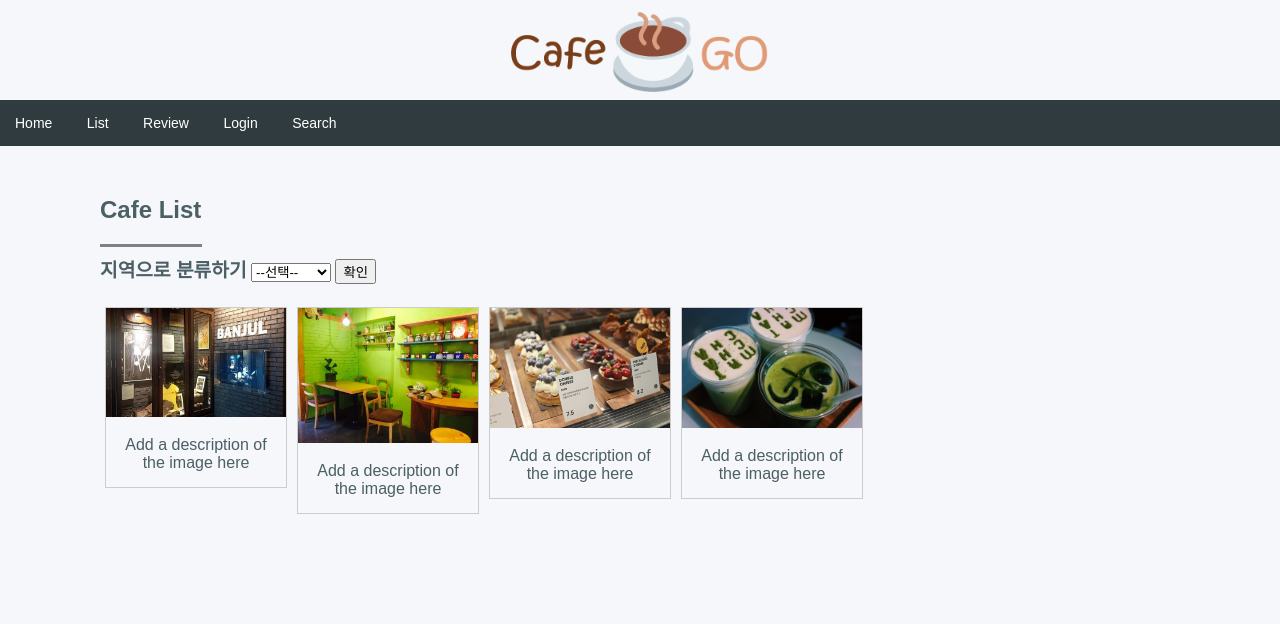
Repository: JuYeong0413/Web-Programming
Page: http://localhost/CafeGo/list.jsp
The author's editor kept a copy of each file at every save. The page is drawn from the files as they stood at one save, then again after the next save.
The browser window is 1280 px wide. The pictures show the whole page.
The page is served by Tomcat 9. Other server files are loaded and not shown.

Above is the page before, as saved 2018-12-23 05:20:48.

### Project/CafeGo/WebContent/list.jsp
<%@ page language="java" contentType="text/html; charset=utf-8"
	pageEncoding="utf-8"%>
<%@ include file="nav.jsp"%>
<!DOCTYPE html>
<html>
<head>
<meta charset="utf-8">
<title>Insert title here</title>
<link rel="stylesheet" href="list.css" />
<head>
</head>
<body>
	<div style="margin: 50px 0 0 100px">
		<h2>Cafe List</h2>
		<hr noshade align="left" width="100" size="3">
		<form action="" method="post">
		<big><b>지역으로 분류하기</b></big>
		<select name="category" style="width: 80px">
			<option value="0">--선택--</option>
			<option value="종로구">종로구</option>
			<option value="중구">중구</option>
        	<option value="용산구">용산구</option>
        	<option value="성동구">성동구</option>
        	<option value="광진구">광진구</option>
        	<option value="동대문구">동대문구</option>
			<option value="중랑구">중랑구</option>
        	<option value="성북구">성북구</option>
        	<option value="강북구">강북구</option>
        	<option value="도봉구">도봉구</option>
        	<option value="노원구">노원구</option>
			<option value="은평구">은평구</option>
        	<option value="서대문구">서대문구</option>
        	<option value="마포구">마포구</option>
        	<option value="양천구">양천구</option>
        	<option value="강서구">강서구</option>
			<option value="구로구">구로구</option>
        	<option value="금천구">금천구</option>
        	<option value="영등포구">영등포구</option>
        	<option value="동작구">동작구</option>
        	<option value="관악구">관악구</option>
			<option value="서초구">서초구</option>
        	<option value="강남구">강남구</option>
        	<option value="송파구">송파구</option>
        	<option value="강동구">강동구</option>
      	</select>
      	<input type="submit" value="확인">
      	</form>
      	<br>
			<center>
			<div class="gallery">
				<img src="image/반쥴.jpg" alt="banjul" width="800" height="600">
				<div class="desc">Add a description of the image here</div>
			</div>

			<div class="gallery">
				<img src="image/에빈의커피이야기.jpg" alt="Forest" width="800" height="600">
				<div class="desc">Add a description of the image here</div>
			</div>

			<div class="gallery">
				<img src="image/앤드커피랩.jpg" alt="Northern Lights" width="800"
					height="600">
				<div class="desc">Add a description of the image here</div>
			</div>

			<div class="gallery">
				<img src="image/맛차차.jpg" alt="Mountains" width="600" height="400">
				<div class="desc">Add a description of the image here</div>
			</div>
		</center>
	</div>
</body>
</html>

### Project/CafeGo/WebContent/nav.jsp
<%@ page language="java" contentType="text/html; charset=utf-8" pageEncoding="utf-8"%>
<!DOCTYPE html>
<html lang="ko">
<head>
<meta charset="utf-8">
<title>Insert title here</title>
<link rel="stylesheet" href="reponsiveNavigation.css" />
</head>
<body>
<div>
<center>
<a href="main.jsp"><img src = "image/logo.png" width="264px" height="88px" align="center"></a>
</center>
</div>
<div class="nav_wrapper">
  <nav class="menu">
    <ul>
      <li><a href="main.jsp">Home</a>
        <ul>
          <li><a href="main.jsp">홈페이지 소개</a></li>
          <li><a href="main.jsp">오늘의 카페 추천</a></li>
          </li>
        </ul>
      </li>
      <li><a href="list.jsp">List</a>
        <ul>
          <li><a href="list.jsp">카페 목록</a></li>
          <li><a href="#Link">카페 분류 »</a>
          <ul>
              <li><a href="#Link">별점</a></li>
              <li><a href="#link">지역</a></li>
              <li><a href="#Link">테마</a></li>
            </ul>
          </li>
        </ul>
      </li>
      <li><a href="review.jsp">Review</a>
        <ul>
          <li><a href="review.jsp">방문 후기 목록</a></li>
          <li><a href="#Link">방문 후기 작성</a></li>
          <li><a href="#Link">방문 후기 수정</a></li>
          <li><a href="#Link">방문 후기 삭제</a></li>
          </ul>
      </li>
  		<%
  		String log = (String)session.getAttribute("login");

  		if(log!=null&&log.equals("yes")){
  		// 로그인 상태인 경우 보여지는 메뉴
      %>
      <li><a href="myPage.jsp">MyPage</a>
        <ul>
          <li><a href="myPage.jsp">MyPage</a></li>
          <li><a href="logout.jsp">로그아웃</a></li>
        </ul>
      </li>
      <% }
  		else if((String)session.getAttribute("id")==null){
    	  // 로그아웃 상태인 경우 보여지는 메뉴
    	  %>
    	  <li><a href="#Link">Login</a>
        <ul>
          <li><a href="login.jsp">로그인</a></li>
          <li><a href="find.jsp">아이디/비밀번호 찾기</a></li>
          <li><a href="signup.jsp">회원가입</a></li>
        </ul>
      </li>
    	  <%} %>
      </ul>
    <ul>
      <li><a href="search.jsp">Search</a>
        <ul>
          </li>
        </ul>
  </nav>
</body>
</html>

### Project/CafeGo/WebContent/reponsiveNavigation.css
html {
  font-family: sans-serif;
  color: #4b5f65;
  background: #f5f7fa;
}

body { overflow-x:hidden}

nav { width: 100%; }

.nav_wrapper {
  position: fixed;
  left: 0;
  top: 100px;
  width: 100%;
  <!--menu background => default : black-->
  background: #2f3b3f;
}

.menu {
  width: 100%;
  height: auto;
  background: #2f3b3f;
}

.menu ul {
  padding: 0px;
  margin: 0px;
  list-style: none;
  position: relative;
  display: inline-block;
}

.menu > li > ul.sub_menu {
  min-width: 10em;
  padding: 4px 0;
  background-color: #f4f4f4;
  border: 1px solid #fff;
}

.menu ul li { padding: 0px; }

.menu > ul > li { display: inline-block; }

.menu ul li a {
  display: block;
  text-decoration: none;
  color: #fff;
  font-size: 14px;
}

.menu ul li a:hover {
  background: #efa666;
  color: #fff;
  transition: all .5s ease-out;
}

.menu ul li.hover > a {
  background: #efa666;
  color: #fff;
}

.menu ul li > a { padding: 15px; }

.menu ul ul {
  display: none;
  position: absolute;
  top: 100%;
  min-width: 160px;
  background: #39484d;
}

.menu ul li:hover > ul { display: block;}

.menu ul ul > li { position: relative; }

.menu ul ul > li a {
  padding: 10px 15px;
  height: auto;
  background: #39484d;
}

.menu ul ul > li a:hover {
  background: #efa666;
  color: #fff;
}

.menu ul ul ul {
  position: absolute;
  left: 100%;
  top: 0;
}
.slide {
	width:100%;
}

### Project/CafeGo/WebContent/list.css
div.gallery {
	margin: 5px;
	border: 1px solid #ccc;
	float: left;
	width: 180px;
}

div.gallery:hover {
	border: 1px solid #777;
}

div.gallery img {
	width: 100%;
	height: auto;
}

div.desc {
	padding: 15px;
	text-align: center;
}

After the next save:
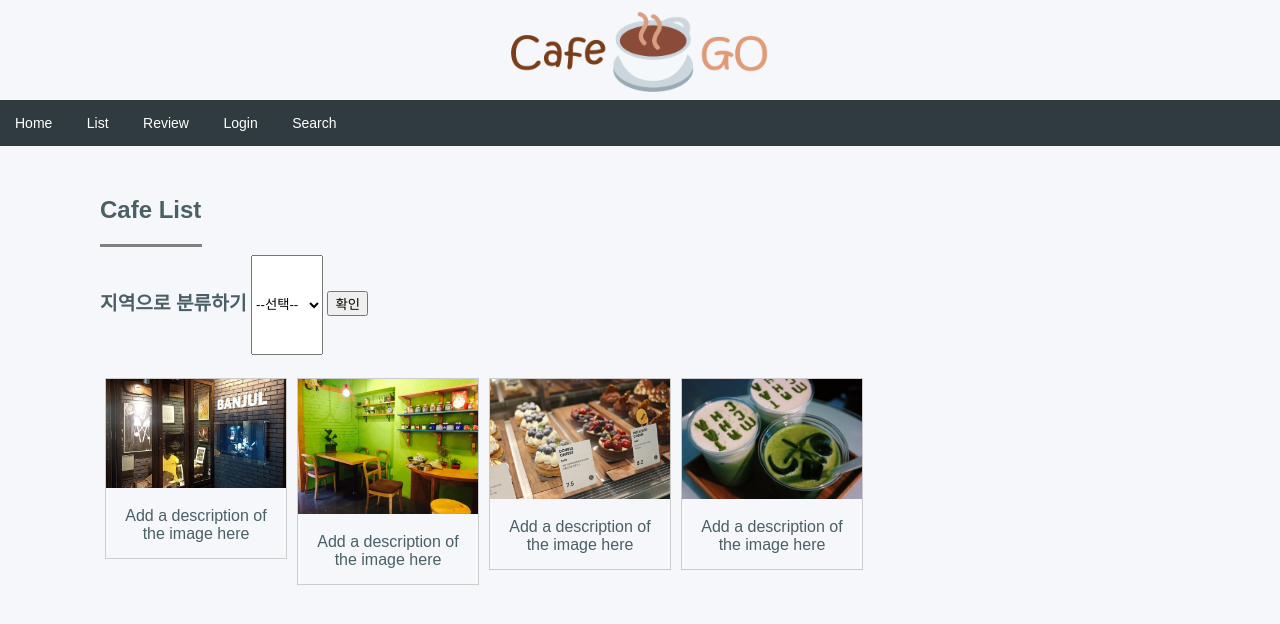
Saved 20 s later.
--- a/Project/CafeGo/WebContent/list.jsp
+++ b/Project/CafeGo/WebContent/list.jsp
@@ -15,7 +15,7 @@
 		<hr noshade align="left" width="100" size="3">
 		<form action="" method="post">
 		<big><b>지역으로 분류하기</b></big>
-		<select name="category" style="width: 80px">
+		<select name="category" style="height: 100px">
 			<option value="0">--선택--</option>
 			<option value="종로구">종로구</option>
 			<option value="중구">중구</option>
